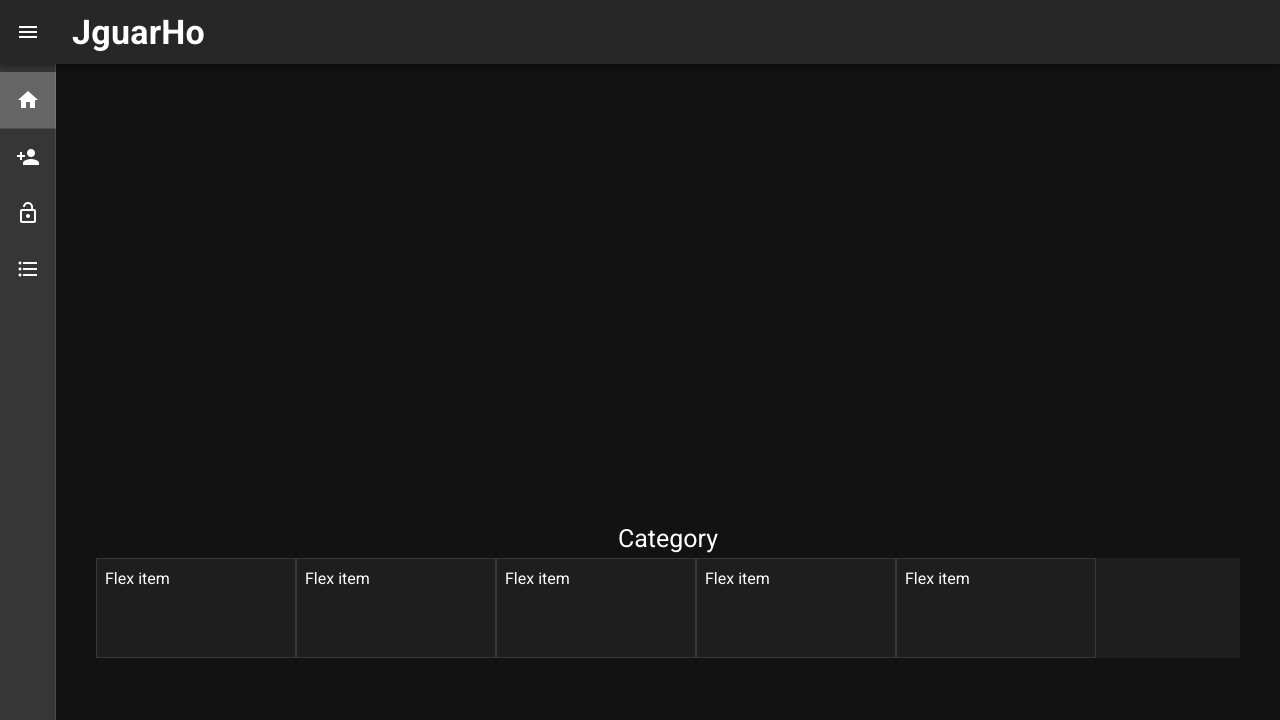
Repository: agent501/MRMS
Page: /
These files come from the project's save history. The page is drawn as it stood at one moment and after the next save; the edit follows.
The browser window is 1280 px wide. The pictures show the whole page.
The page's requests for data from a server got no answer. The project was rebuilt for these pictures with package versions that can differ from the ones it lists, and the page was loaded fresh each time. No one was signed in, and anything a server would have sent is missing. Also part of the build but not shown: vue.config.js, src/components/Product/products.vue, src/components/Product/product.vue, src/components/Product/createproduct.vue, src/components/User/signin.vue, src/components/User/signup.vue, src/components/User/profile.vue, src/components/Shared/Alert.vue and 2 more. Imported but missing from the stored project, and not drawn on this page: src/router/auth-guard.js.

Above is the page before, as saved 2020-08-05 11:19:02.

After the next save:
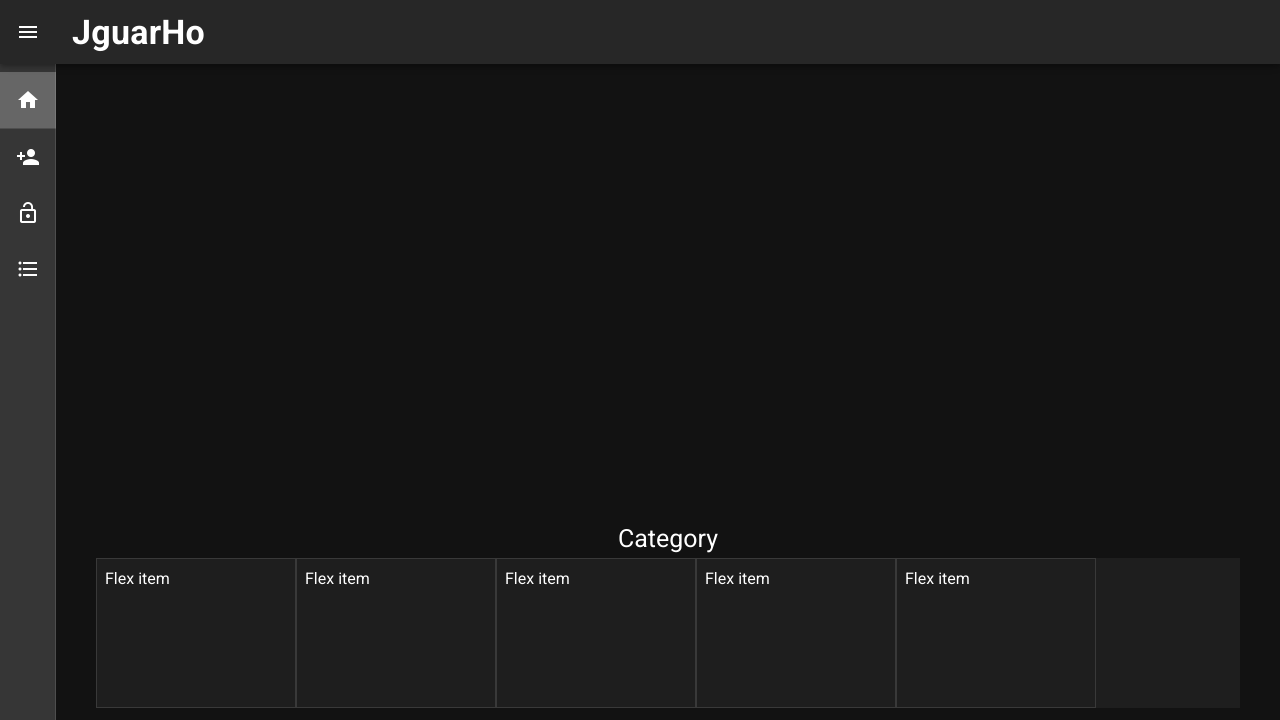
Saved 4 s later.
--- a/src/components/Home.vue
+++ b/src/components/Home.vue
@@ -42,7 +42,7 @@
             :key="n"
             class="pa-2"
             width="200"
-            height="100"
+            height="150"
             outlined
             tile
           >Flex item</v-card>
